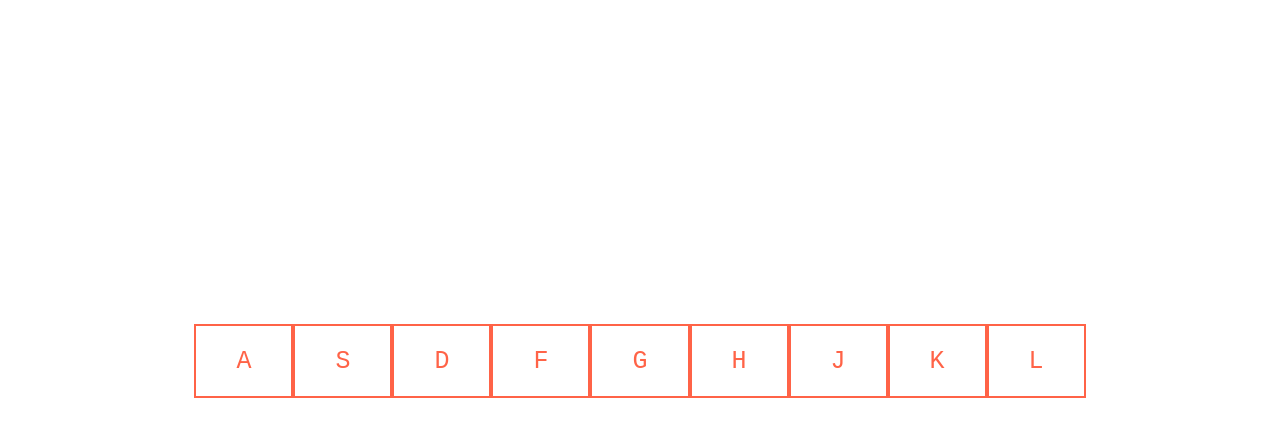
Repository: ritikalohia/Javascript_miniProjects
Page: Project_1/index.html
An editor plug-in stored every save of this project. The page is shown before and after a run of saves, followed by the edit.
The browser window is 1280 px wide. The pictures show the whole page.

Above is the page before, as saved 2021-06-03 20:18:07.

After the next 4 saves:
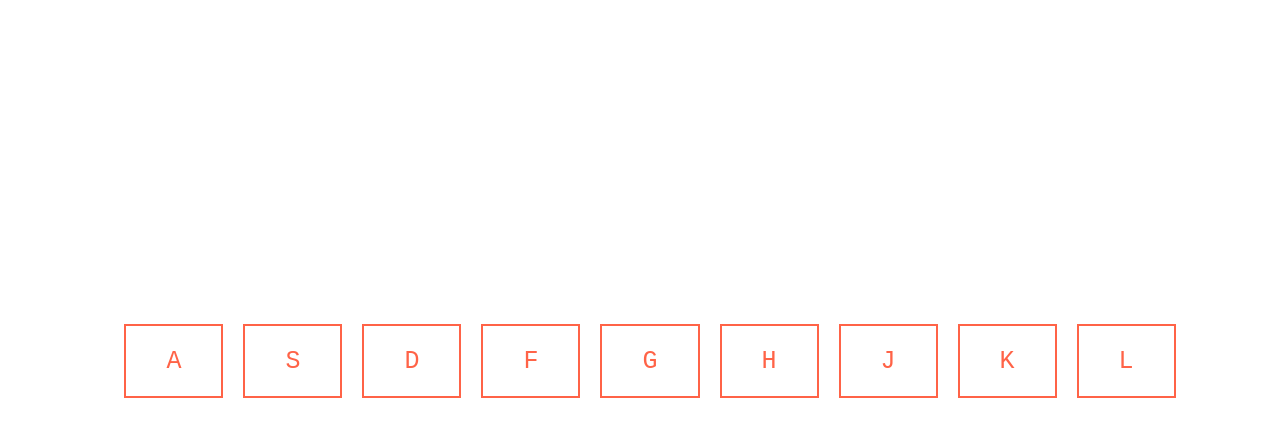
The 4 saves are shown as one change because they came seconds apart.
The last was saved 21 s later.
--- a/Project_1/index.html
+++ b/Project_1/index.html
@@ -26,6 +26,7 @@
             background: none;
             color: tomato;
             padding: 20px 40px;
+            margin-left: 20px;
             font-size: 25px;
             text-transform: uppercase;
             cursor: pointer;
